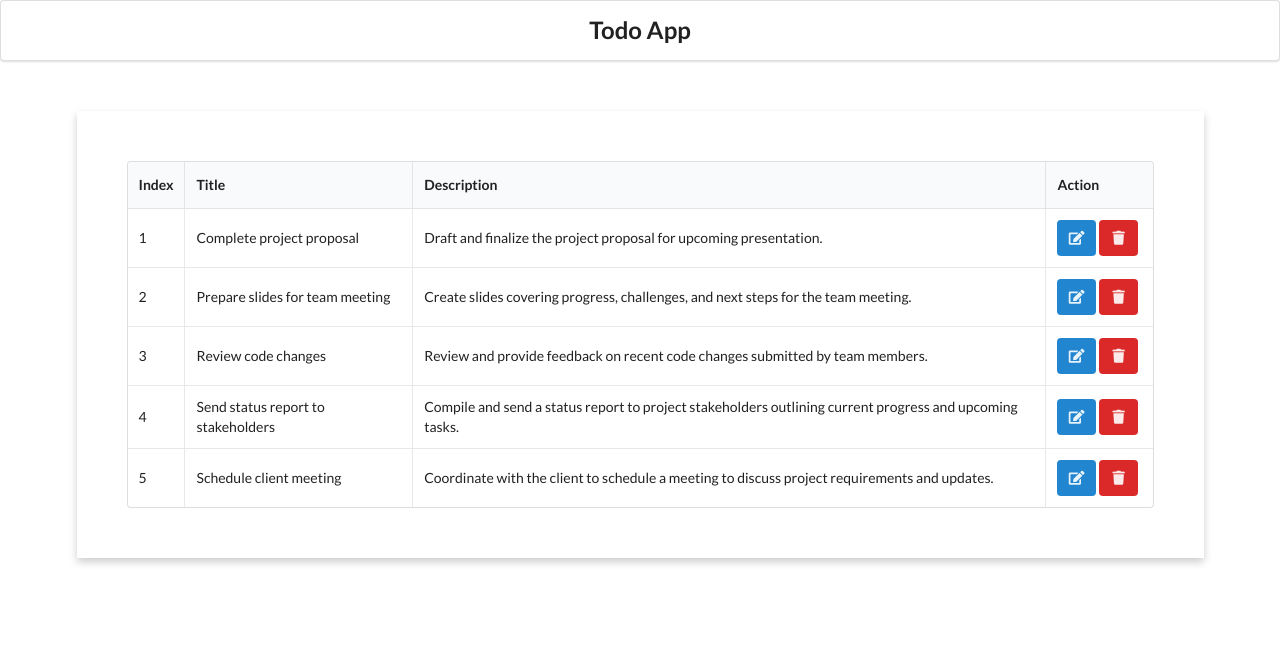
Repository: Wahid137/todo-app
Page: /
The author's editor kept a copy of each file at every save. The page is drawn from the files as they stood at one save, then again after the next save.
The browser window is 1280 px wide. The pictures show the whole page.
The project was rebuilt for these pictures with package versions that can differ from the ones it lists, and the page was loaded fresh each time. Also part of the build but not shown: src/App.css, src/index.css.

Above is the page before, as saved 2024-05-03 10:28:33.

### src/index.js
import React from 'react';
import ReactDOM from 'react-dom/client';
import 'semantic-ui-css/semantic.min.css';
import App from './App';
import './index.css';
import reportWebVitals from './reportWebVitals';

const root = ReactDOM.createRoot(document.getElementById('root'));
root.render(
  <React.StrictMode>
    <App />
  </React.StrictMode>
);

// If you want to start measuring performance in your app, pass a function
// to log results (for example: reportWebVitals(console.log))
// or send to an analytics endpoint. Learn more: https://bit.ly/CRA-vitals
reportWebVitals();

### src/App.js
import './App.css';
import TodoListPage from './components/TodoListPage';

function App() {
  return (
    <TodoListPage />
  );
}

export default App;

### src/components/TodoListPage.js
import React, { useState } from 'react';
import { Button, Container, Icon, Message, Modal, Segment, Table } from 'semantic-ui-react';
import initialTodos from "../data/todos.json";

const TodoListPage = () => {
    const [todos, setTodos] = useState(initialTodos);
    const [deleteId, setDeleteId] = useState(null);
    const [openModal, setOpenModal] = useState(false);
    const [showMessage, setShowMessage] = useState(false);

    const handleDelete = (id) => {
        setDeleteId(id);
        setOpenModal(true);
    };

    const handleConfirmDelete = () => {
        setTodos(todos.filter(todo => todo.id !== deleteId));
        setOpenModal(false);
        setShowMessage(true);
    };

    const handleCloseModal = () => {
        setOpenModal(false);
    };

    const handleDismissMessage = () => {
        setShowMessage(false);
    };

    return (
        <div>
            <Segment style={{ marginTop: '20px', margin: 'auto' }}>
                <h2 style={{ textAlign: 'center' }}>Todo App</h2>
            </Segment>
            <Container style={{ boxShadow: '0 4px 8px 0 rgba(0, 0, 0, 0.2)', padding: '50px', marginTop: '50px', position: 'relative' }}>
                {showMessage &&
                    <Message
                        success
                        onDismiss={handleDismissMessage}
                        header='Success!'
                        content='Todo deleted successfully.'
                        style={{ position: 'absolute', top: '-70px', left: 0, right: 0, margin: 'auto', width: '100%' }}
                    />
                }
                <div>
                    <Table celled>
                        <Table.Header>
                            <Table.Row>
                                <Table.HeaderCell>Index</Table.HeaderCell>
                                <Table.HeaderCell>Title</Table.HeaderCell>
                                <Table.HeaderCell>Description</Table.HeaderCell>
                                <Table.HeaderCell>Action</Table.HeaderCell>
                            </Table.Row>
                        </Table.Header>

                        <Table.Body>
                            {todos.map((todo, index) => (
                                <Table.Row key={todo.id}>
                                    <Table.Cell>{index + 1}</Table.Cell>
                                    <Table.Cell>{todo.title}</Table.Cell>
                                    <Table.Cell>{todo.description}</Table.Cell>
                                    <Table.Cell>
                                        <div style={{ display: 'flex', justifyContent: 'space-between' }}>
                                            <Button icon color='blue'>
                                                <Icon name='edit' />
                                            </Button>
                                            <Button icon color='red' onClick={() => handleDelete(todo.id)}>
                                                <Icon name='trash' />
                                            </Button>
                                        </div>
                                    </Table.Cell>
                                </Table.Row>
                            ))}
                        </Table.Body>
                    </Table>
                </div>
            </Container>

            <Modal
                size='tiny'
                open={openModal}
                onClose={handleCloseModal}
            >
                <Modal.Header>Confirm Deletion</Modal.Header>
                <Modal.Content>
                    <p>Are you sure you want to delete this todo?</p>
                </Modal.Content>
                <Modal.Actions>
                    <Button negative onClick={handleCloseModal}>Cancel</Button>
                    <Button positive onClick={handleConfirmDelete}>Confirm</Button>
                </Modal.Actions>
            </Modal>
        </div>
    );
};

export default TodoListPage;

### src/data/todos.json
[
  {
    "id": 1,
    "title": "Complete project proposal",
    "description": "Draft and finalize the project proposal for upcoming presentation."
  },
  {
    "id": 2,
    "title": "Prepare slides for team meeting",
    "description": "Create slides covering progress, challenges, and next steps for the team meeting."
  },
  {
    "id": 3,
    "title": "Review code changes",
    "description": "Review and provide feedback on recent code changes submitted by team members."
  },
  {
    "id": 4,
    "title": "Send status report to stakeholders",
    "description": "Compile and send a status report to project stakeholders outlining current progress and upcoming tasks."
  },
  {
    "id": 5,
    "title": "Schedule client meeting",
    "description": "Coordinate with the client to schedule a meeting to discuss project requirements and updates."
  }
]

Loaded but not shown: public/index.html (common file); src/reportWebVitals.js (common file)

After the next save:
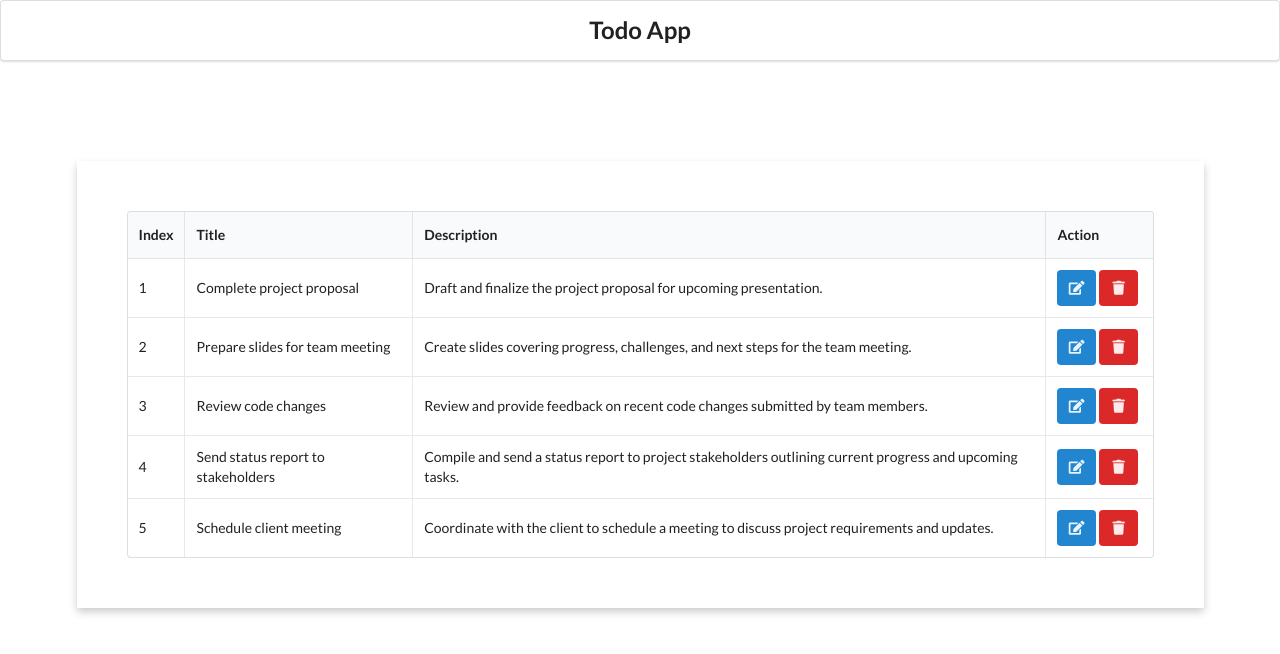
Saved 36 s later.
--- a/src/components/TodoListPage.js
+++ b/src/components/TodoListPage.js
@@ -32,7 +32,7 @@ const TodoListPage = () => {
             <Segment style={{ marginTop: '20px', margin: 'auto' }}>
                 <h2 style={{ textAlign: 'center' }}>Todo App</h2>
             </Segment>
-            <Container style={{ boxShadow: '0 4px 8px 0 rgba(0, 0, 0, 0.2)', padding: '50px', marginTop: '50px', position: 'relative' }}>
+            <Container style={{ boxShadow: '0 4px 8px 0 rgba(0, 0, 0, 0.2)', padding: '50px', marginTop: '100px', position: 'relative' }}>
                 {showMessage &&
                     <Message
                         success
